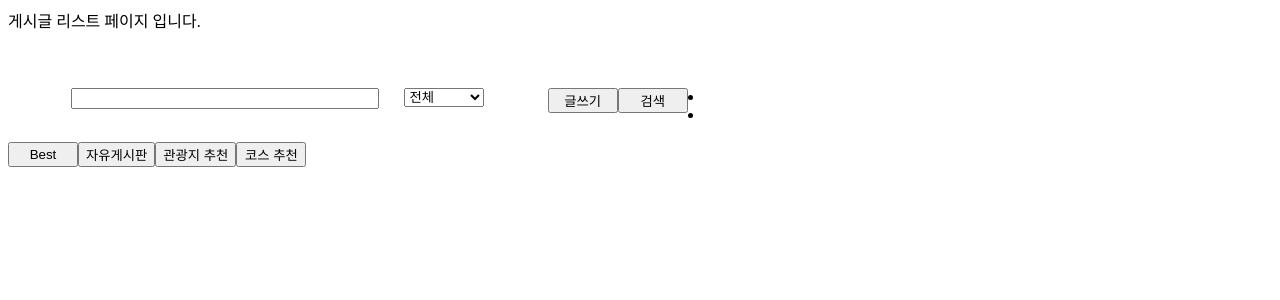
Repository: HJCroCat/project4
Page: http://localhost/koravle/boardMain.jsp
These files come from the project's save history. The page is drawn as it stood at one moment and after the next save; the edit follows.
The browser window is 1280 px wide. The pictures show the whole page.
The page is served by Tomcat 9. Nobody is signed in. The application's start-up code is not run.

Above is the page before, as saved 2021-12-10 09:36:26.

After the next save:
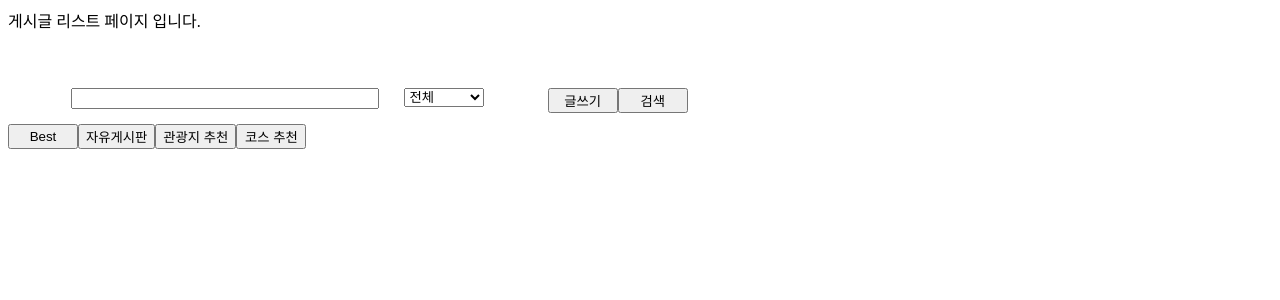
Saved 24 s later.
--- a/koravle/koravle/src/main/webapp/boardMain.jsp
+++ b/koravle/koravle/src/main/webapp/boardMain.jsp
@@ -14,7 +14,7 @@
 	<div class="boardHeader">
 		게시글 리스트 페이지 입니다.
 	</div>
-		<li>
+		<div>
 			<input type="text" name="searchWord" id="searchWord">
 			<select name="selectSearch" id="selectSearch">
 				<option value="1" selected>전체</option>
@@ -24,15 +24,15 @@
 			</select>
 			<button href="boardWrite.do" class="btn" >글쓰기</button>
 			<button href="boardList.do" class="btn" >검색</button>
-		</li>
-		<li>
+		</div>
+		<div>
 			<br/>
 			<br/>
 			<button class="btn" href="boardList.do" name="boardBest">Best</button>
 			<button class="btn" href="boardList.do" name="boardFree">자유게시판</button>
 			<button class="btn" href="boardList.do" name="boardRegion">관광지 추천</button>
 			<button class="btn" href="boardList.do" name="boardCourse">코스 추천</button>
-		</li>
+		</div>
 
 
 
